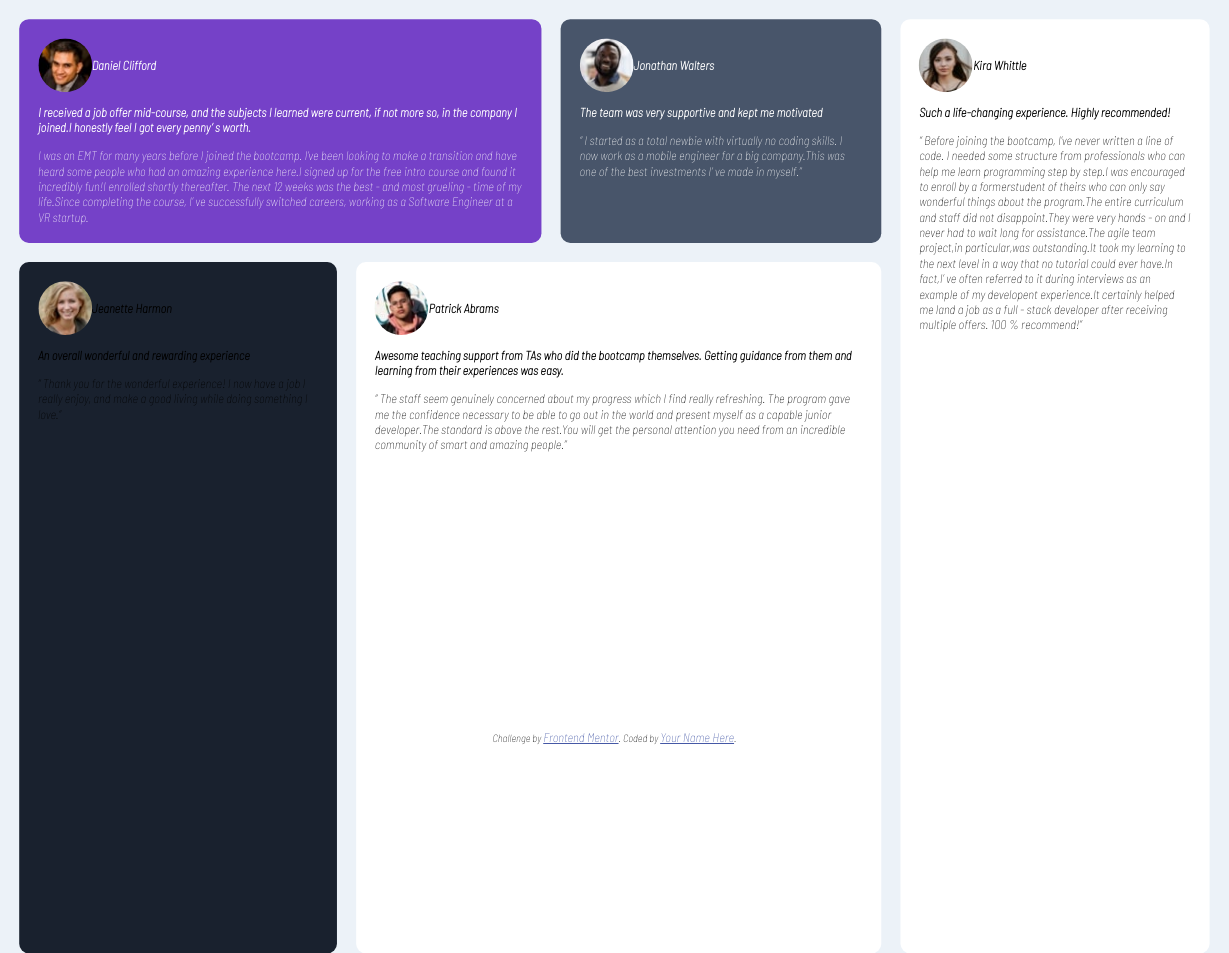
Repository: ibtihelbs/testimonials-grid-section-main
Page: index.html
An editor plug-in stored every save of this project. The page is shown before and after a run of saves, followed by the edit.
The browser window is 1280 px wide. The pictures show the whole page, at 96% of full size.

Above is the page before, as saved 2022-04-13 16:58:19.

### index.html
<!DOCTYPE html>
<html lang="en">
<head>
  <meta charset="UTF-8">
  <meta name="viewport" content="width=device-width, initial-scale=1.0"> <!-- displays site properly based on user's device -->
  <link rel="stylesheet" href="style.css">
  <link rel="icon" type="image/png" sizes="32x32" href="./images/favicon-32x32.png">

  <title>Frontend Mentor | [Challenge Name Here]</title>

  <!-- Feel free to remove these styles or customise in your own stylesheet 👍 -->
  <style>
    .attribution { font-size: 11px; text-align: center; }
    .attribution a { color: hsl(228, 45%, 44%); }
  </style>
</head>
<body>
  <main>

  </main>
  <div class="attribution">
    Challenge by <a href="https://www.frontendmentor.io?ref=challenge" target="_blank">Frontend Mentor</a>.
    Coded by <a href="#">Your Name Here</a>.
  </div>
  <script src="app.js"></script>
</body>
</html>

### style.css
@import url("https://fonts.googleapis.com/css2?family=Barlow+Semi+Condensed:ital,wght@1,100&display=swap");

:root {
  /*### Primary*/

  --Moderate-violet: hsl(263, 55%, 52%);
  --Grayish-blue: hsl(217, 19%, 35%);
  --Blackish-blue: hsl(219, 29%, 14%);
  --White: hsl(0, 0%, 100%);

  /*### Neutral*/

  --Light-gray: hsl(0, 0%, 81%);
  --Light-grayish-blue: hsl(210, 46%, 95%);
}

* {
  padding: 0;
  margin: 0;
  font-size: 13px;
  font-family: "Barlow Semi Condensed";
  box-sizing: border-box;
}
body {
  background-color: var(--Light-grayish-blue);
}
main {
  height: 100vh;
  display: flex;
  flex-wrap: wrap;
  gap: 20px;
  margin: 20px;
}
.testimonial{
 padding:1rem;
 border-radius: 10px;
}
.testimonial>*{
  padding: .5rem;
}
section:nth-child(1) {
  grid-area: first;
  background-color: var(--Moderate-violet);
  color:var(--White);
}

section:nth-child(1) h6::before {
  content: url(images/image-daniel.jpg);
  border-radius: 50%;
}
section:nth-child(2) {
  grid-area: second;
  background-color: var(--Grayish-blue);
  color:var(--White);
}
section:nth-child(3) {
  grid-area: third;
  background-color: var(--White);

  order: 4;
}
section:nth-child(4) {
  grid-area: four;
  background-color: var(--Blackish-blue);

  order: 5;
}
section:nth-child(5) {
  grid-area: fifth;
  height: 100vh;
  background-color: var(--White);
  order: 3;
}

main {
  display: grid;
  grid-template-areas:
    'first first second third'
    'four fifth fifth third';
}
img{
  border-radius: 50%;
}
.figure{
  display:flex;
  align-items: center;
}

### app.js
let obj = []
let show = document.querySelector("main");
let _html=(title,h2,paragraph,img)=>{
  let section = document.createElement("section");
   section.setAttribute("class", "testimonial");
  let add = show.appendChild(section);
  section.innerHTML=`
      <div class="figure"><img src="${img}" alt=""><h5>${title}</h5></div>
      <h1>${h2}</h1>
      <p>${paragraph}</p>
   `;
}
let _LOOP = (fet) => {
  for (let i in fet) {
    let title = fet[i].title;
    let h2 = fet[i].h2;
    let paragraph = fet[i].paragraph;
    let img=fet[i].img;
    console.log(title,h2,paragraph);
    _html(title,h2,paragraph,img);
  }
}
fetch('data.json')
  .then((response) => response.json())
  .then((data) => {
    let strin = JSON.stringify(data);
    obj = JSON.parse(strin);
    _LOOP(obj);
  })

### data.json
[{
    "title": "Daniel Clifford",
    "h2": "I received a job offer mid-course, and the subjects I learned were current, if not more so,  in the company I joined.I honestly feel I got every penny’ s worth.",
    "paragraph": " I was an EMT for many years before I joined the bootcamp. I’ve been looking to make a transition and have heard some people who had an amazing experience here.I signed up for the free intro course and found it incredibly fun!I enrolled shortly thereafter. The next 12 weeks was the best - and most grueling - time of my life.Since completing the course, I’ ve successfully switched careers, working as a Software Engineer at a VR startup.",
    "img":"images/image-daniel.jpg"
},
{
    "title": "Jonathan Walters",
    "h2": " The team was very supportive and kept me motivated",
    "paragraph": " “ I started as a total newbie with virtually no coding skills. I now work as a mobile engineer for a big company.This was one of the best investments I’ ve made in myself.”",
    "img":"images/image-jonathan.jpg"
},
{
    "title": "Kira Whittle",
    "h2": "Such a life-changing experience. Highly recommended!",
    "paragraph": " “ Before joining the bootcamp, I’ve never written a line of code. I needed some structure from professionals who can help me learn programming step by step.I was encouraged to enroll by a formerstudent of theirs who can only say wonderful things about the program.The entire curriculum and staff did not disappoint.They were very hands - on and I never had to wait long for assistance.The agile team project,in particular,was outstanding.It took my learning to the next level in a way that no tutorial could ever have.In fact,I’ ve often referred to it during interviews as an example of my developent experience.It certainly helped me land a job as a full - stack developer after receiving multiple offers. 100 % recommend!”",
    "img":"images/image-kira.jpg"
},
{
    "title": "Jeanette Harmon",
    "h2": "An overall wonderful and rewarding experience",
    "paragraph": " “ Thank you for the wonderful experience! I now have a job I really enjoy, and make a good living while doing something I love.”",
    "img":"images/image-jeanette.jpg"
},

{
    "title": "Patrick Abrams",
    "h2": "Awesome teaching support from TAs who did the bootcamp themselves. Getting guidance from them and learning from their experiences was easy.",
    "paragraph": " “ The staff seem genuinely concerned about my progress which I find really refreshing. The program gave me the confidence necessary to be able to go out in the world and present myself as a capable junior developer.The standard is above the rest.You will get the personal attention you need from an incredible community of smart and amazing people.”",
    "img":"images/image-patrick.jpg"
}

]

After the next 3 saves:
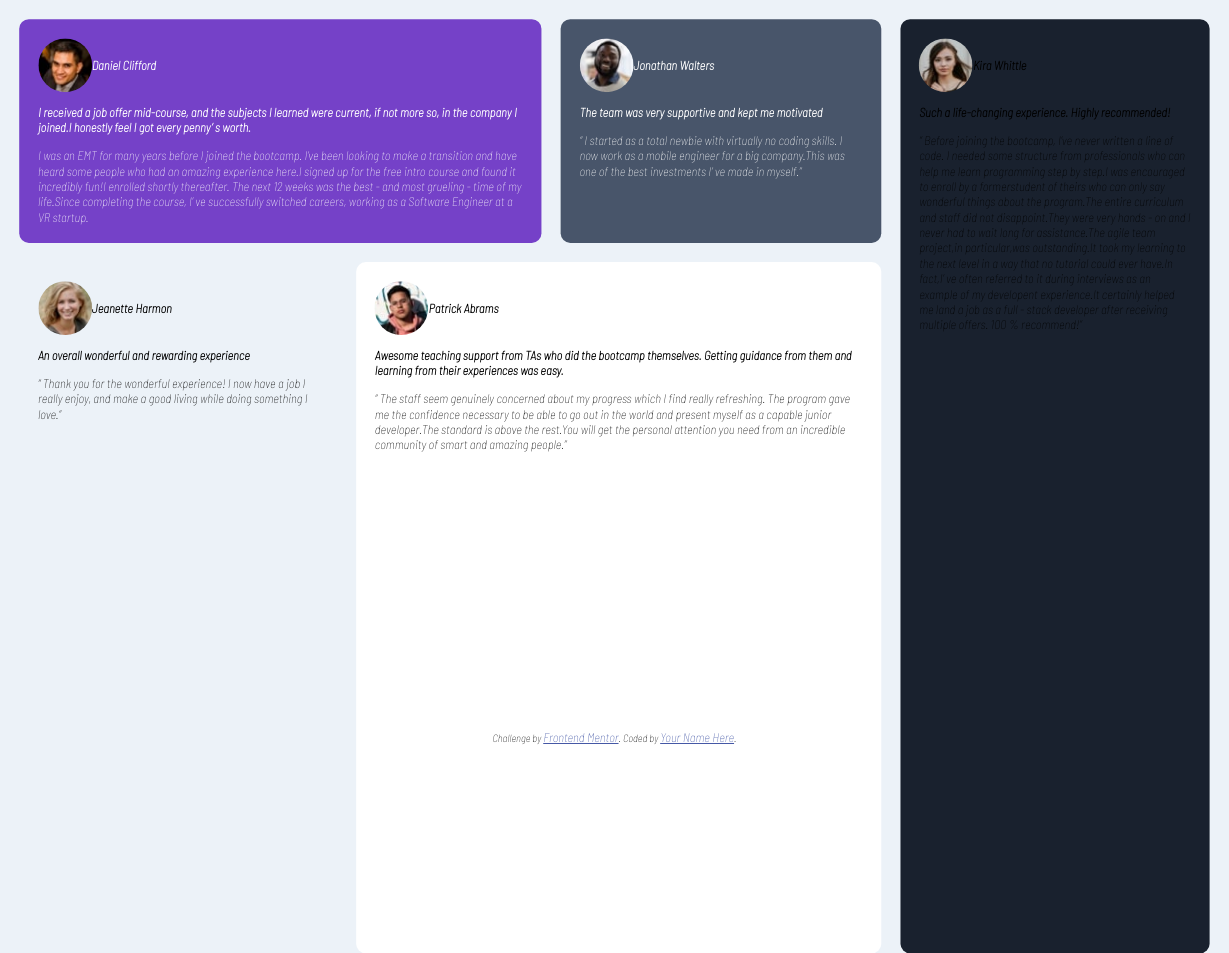
The 3 saves are shown as one change because they came seconds apart.
The last was saved 2 min 0 s later.
--- a/style.css
+++ b/style.css
@@ -56,13 +56,11 @@
 section:nth-child(3) {
   grid-area: third;
   background-color: var(--White);
-
+  background-color: var(--Blackish-blue);
   order: 4;
 }
 section:nth-child(4) {
   grid-area: four;
-  background-color: var(--Blackish-blue);
-
   order: 5;
 }
 section:nth-child(5) {
